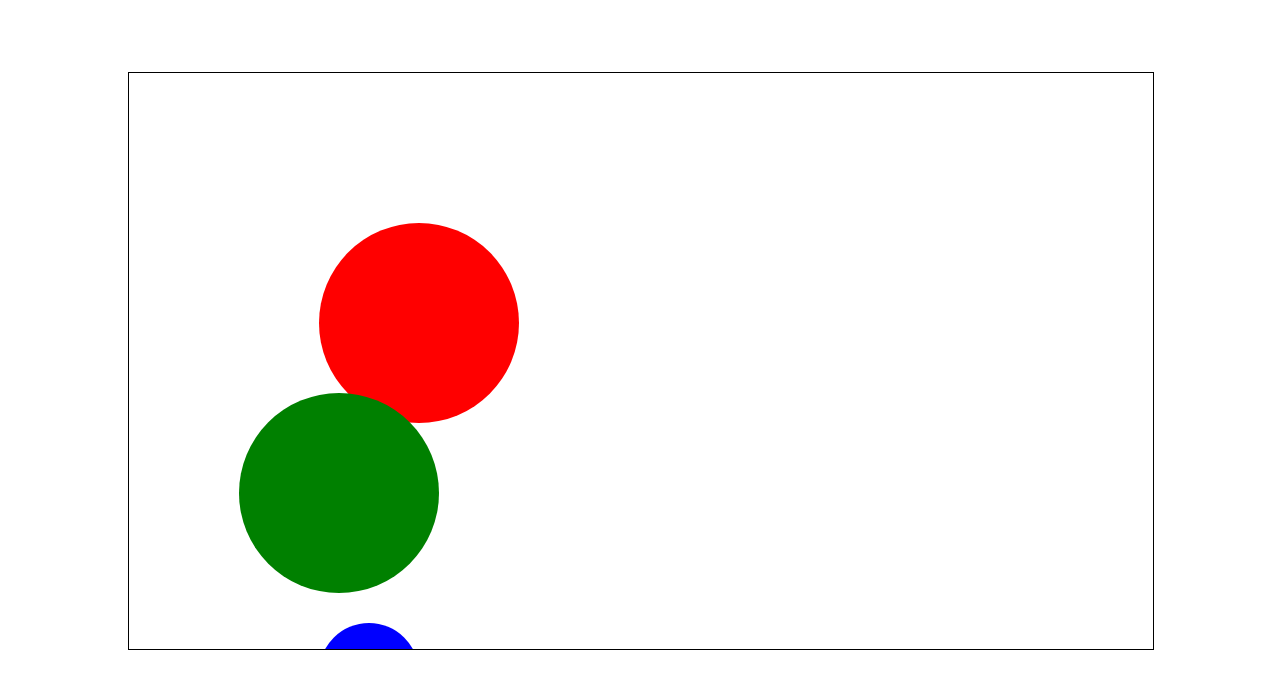
Repository: themoomooo/testgitajout
Page: index.html
These files come from the project's save history. The page is drawn as it stood at one moment and after a run of saves; the edit follows.
The browser window is 1280 px wide. The pictures show the whole page.

Above is the page before, as saved 2023-01-23 16:13:22.

### index.html
<!DOCTYPE html>
<html lang="en">
<head>
    <meta charset="UTF-8">
    <meta http-equiv="X-UA-Compatible" content="IE=edge">
    <meta name="viewport" content="width=device-width, initial-scale=1.0">
    <title>Document</title>
</head>
<body>
    <main style="position:absolute; top:10%; left:10%; width:80%;height:80%;border:1px solid #000; overflow:hidden"></main>

<script src="main.js"></script>
</body>

</html>

### main.js


let terrain = document.querySelector('main');

class Ball {
    constructor(x,y,width, height, color, radius){
        this.x=x;
        this.y=y;
        this.width = width;
        this.height = height;
        this.color = color;
        this.radius = radius;
        this.monojectDom = null;

        this.setOjectDom();
    }

    setOjectDom(){
        this.monOjectDom = document.createElement('div');
        this.monOjectDom.style = `position:relative ; top:${this.y}px ; left:${this.x}px; width:${this.width}px ; height:${this.height}px ; background:${this.color}; border-radius:${this.radius}px`;
    }
    getOjectDom(){

        return this.monOjectDom;

    }
    move(){
        this.x+=90;
        this.monOjectDom.style.left = `${this.x}px`;
    }

}




class Prog {

   constructor(terrain){
       this.terrain = terrain;
       this.balles = [];

   }
   add(ball){
    this.balles.push(ball);

   }

   run() {
    this.balles.forEach((ball)=>{
        this.terrain.appendChild(ball.getOjectDom());
    });
    this.move();
   }

    move(){
       for (let i = 0; i < this.balles.length; i++) {
        this.balles[i].move();
       }
    }
}




const monBallon = new Ball(100,150,200,200,'red',100);
const monBallon2 = new Ball(100,350,100,100,'blue',50);
const monBallon3 = new Ball(20,20,200,200,'green',100);
const monBallon4 = new Ball(250,250,100,100,'black',50);
const monprog = new Prog (terrain);
monprog.add(monBallon);
monprog.add(monBallon2);
monprog.add(monBallon3);
monprog.add(monBallon4);
monprog.run();

/*
document.body.append(monBallon.getOjectDom(), monBallon2.getOjectDom());
 */

After the next 2 saves:
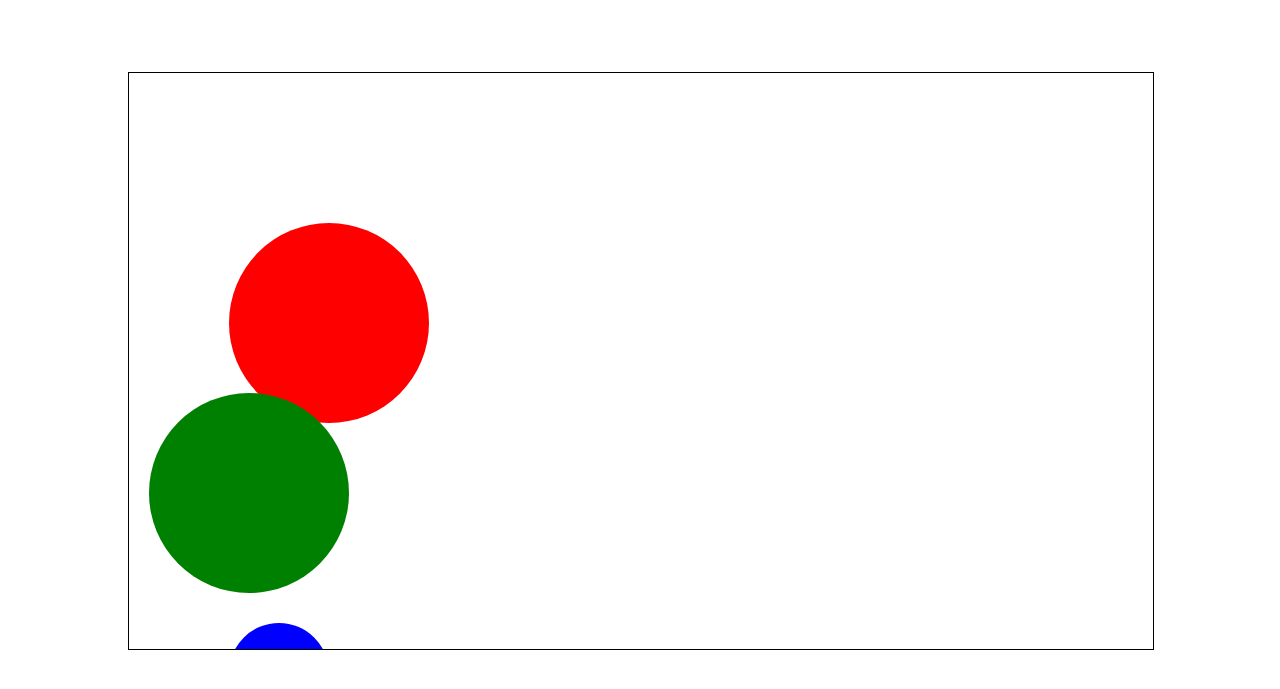
Console error: TypeError: Cannot read properties of undefined (reading '0')
The 2 saves are shown as one change because they came seconds apart.
The last was saved 43 s later.
--- a/main.js
+++ b/main.js
@@ -54,7 +54,9 @@
    }
 
     move(){
+        this.balls[0].move();
        for (let i = 0; i < this.balles.length; i++) {
+
         this.balles[i].move();
        }
     }

After the 2 saves that followed:
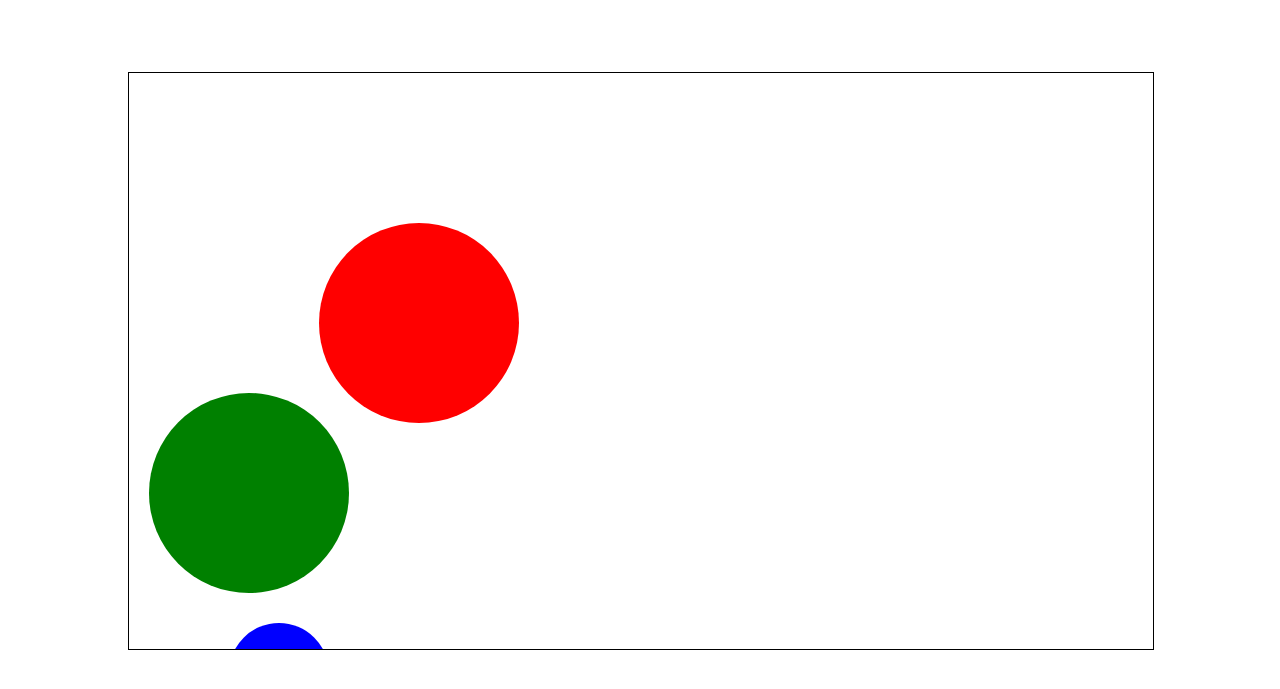
The error is gone.
The 2 saves are shown as one change because 1 left the picture as it was.
The last was saved 17 s later.
--- a/main.js
+++ b/main.js
@@ -54,11 +54,11 @@
    }
 
     move(){
-        this.balls[0].move();
-       for (let i = 0; i < this.balles.length; i++) {
+        this.balles[0].move();
+     /*   for (let i = 0; i < this.balles.length; i++) {
 
         this.balles[i].move();
-       }
+       } */
     }
 }
 
